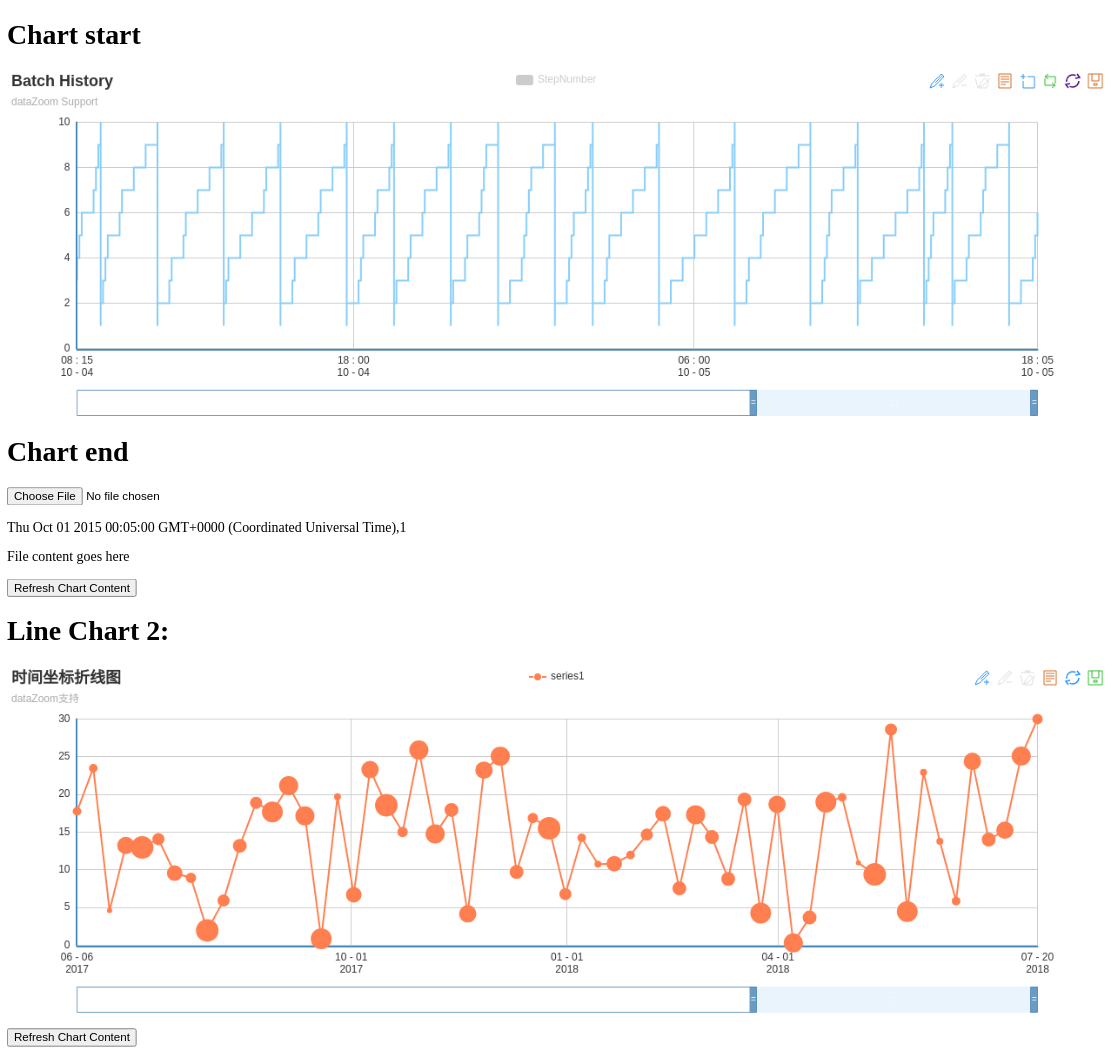
Repository: shutterfly2011/apache
Page: eChartTest/WebContent/LineChart.html
An editor plug-in stored every save of this project. The page is shown before and after the next save, followed by the edit.
The browser window is 1280 px wide. The pictures show the whole page, at 87% of full size.

Above is the page before, as saved 2015-09-30 04:01:12.

### eChartTest/WebContent/LineChart.html
<!DOCTYPE html>
<head>
    <meta charset="utf-8">
    <title>ECharts - Line Charts</title>
    <script type="text/javascript">
    	var dataSet = [];
    	var dataSet1 = [];
    	var myChart;
    	var option;
    	var optionLine2;
		option = {
			    title : {
			        text : 'Batch History',
			        subtext : 'dataZoom Support'
			    },
			    tooltip : {
			    	//show: true,
			    	//showContent: true,
			        trigger: 'item',
			        /*
			        axisPointer:{
			        	show: true,
			        	type: 'cross',
			        	lineStyle:{
			        		type:'dashed',
			        		width:1
			        	}
			        },
			        */

			        formatter : function (params) {
			        	console.log(params);
			        	return 'no info avail.';
			            /*
			        	var date = new Date(params.value[0]);
			            data = (date.getMonth() + 1) + '-'
			                   + date.getDate() + ' '
			                   + date.getHours() + ':'
			                   + date.getMinutes();
			            return data + '<br/>'
			                   + params.value[1] + ', '
			                   + params.value[2];
			            */
			        	}

			    },
			    toolbox: {
			        show : true,
			        feature : {
			            mark : {show: true},
			            dataView : {show: true, readOnly: false},
			            dataZoom:{
			            	show: true,
			            	title:{
			            		dataZoom: 'zoom in/out',
			            		dataZoomReset: 'zoom reset'
			            	}
			            },
			            restore : {show: true},
			            saveAsImage : {show: true}
			        }
			    },
			    dataZoom: {
			        show: true,
			        start : 70
			    },
			    legend : {
			        data : ['StepNumber']
			    },
			    grid: {
			        y2: 80
			    },
			    xAxis : [
			        {
			            type : 'time',
			            splitNumber:5
			        }
			    ],
			    yAxis : [
			        {
			            type : 'value'
			        }
			    ],

			    series : [
			        {
			            name: 'Batch Step number',
			            type: 'line',
			            //showAllSymbol: true,
			            //symbolSize: function (value){
			            //    return Math.round(value[2]/10) + 2;
			            //},
			            data: (function () {
			            	var d = [];
			            	var len = 0;
			            	var now = new Date();
			            	var timeTemp;
			            	var tempStepLength;
			            	var prevStepNum;
			            	var value;
			            	timeTemp =0; //stores the previous time shift in seconds
			            	prevStepNum = 1;
			            	//alert(timeTemp);
							var prevprevStepNum = 0;
			            	while (len++ < 500) {
			            		if (prevprevStepNum > prevStepNum) {
			            			tempStepLength = 1;
			            		}
			            		else{
			            			tempStepLength = Math.random().toFixed(0)*20*60+300; //generate a random number between 5-25 minutes
			            		}
			            		//alert(tempStepLength);

			            		d.push([
			            	        new Date(2015, 9, 1, 0,0, timeTemp+tempStepLength),
			            	        prevStepNum
			            	        //(Math.random()*10).toFixed(0) - 0
			            	    ]);


			            		//alert(prevStepNum);
			            		prevprevStepNum = prevStepNum;
			            		prevStepNum += 1;
			            		d.push([
			            			new Date(2015, 9, 1, 0,0, timeTemp+tempStepLength+1), //add one more second
			            			prevStepNum
			            		        ]);
			            		if (prevStepNum >=10) {
			            			prevStepNum = 1; //resets prevStepNum to 1
			            		}
			            		timeTemp += tempStepLength;
			            	}

			                return d;
			            })()
			        }
			    ]
			};
    </script>
	<script type="text/javascript">
	function getChart2Option(chartData){
		var option = {
			    title : {
			        text : '时间坐标折线图',
			        subtext : 'dataZoom支持'
			    },
			    tooltip : {
			        trigger: 'item',
			        formatter : function (params) {
			            console.log (params[0]);
			        	var date = new Date(params.value[0]);
			            data = date.getFullYear() + '-'
			                   + (date.getMonth() + 1) + '-'
			                   + date.getDate() + ' '
			                   + date.getHours() + ':'
			                   + date.getMinutes();
			            return data + '<br/>'
			                   + params.value[1] + ', '
			                   + params.value[2];
			        }
			    },
			    toolbox: {
			        show : true,
			        feature : {
			            mark : {show: true},
			            dataView : {show: true, readOnly: false},
			            restore : {show: true},
			            saveAsImage : {show: true}
			        }
			    },
			    dataZoom: {
			        show: true,
			        start : 70
			    },
			    legend : {
			        data : ['series1']
			    },
			    grid: {
			        y2: 80
			    },
			    xAxis : [
			        {
			            type : 'time',
			            splitNumber:10
			        }
			    ],
			    yAxis : [
			        {
			            type : 'value'
			        }
			    ],
			    series : [
			        {
			            name: 'series1',
			            type: 'line',
			            showAllSymbol: true,
			            symbolSize: function (value){
			                return Math.abs(Math.round(value[2]/10) + 2);
			            },
			            data: chartData || (function () {
			                var d = [];
			                var len = 0;
			                var now = new Date();
			                var value;
			                while (len++ < 200) {
			                    d.push([
			                        new Date(2014, 9, 1, 0, len * 10000),
			                        (Math.random()*30).toFixed(2) - 0,
			                        (Math.random()*100).toFixed(2) - 0
			                    ]);
			                }
			                return d;
			            })()
			        }
			    ]

		};
		return option;

	}
		optionLine2 = {
			    title : {
			        text : '时间坐标折线图',
			        subtext : 'dataZoom支持'
			    },
			    tooltip : {
			        trigger: 'item',
			        formatter : function (params) {
			        	/*
			        	console.log (params[0]);
			        	console.log (params[1]);
			        	console.log (params[2]);
			        	console.log (params[3]);
			        	console.log (params[4]);
			        	console.log (params[5]);
			        	console.log (params[6]);
			        	console.log (params[7]);
			            */
			            console.log (params[0]);
			        	var date = new Date(params.value[0]);
			            data = date.getFullYear() + '-'
			                   + (date.getMonth() + 1) + '-'
			                   + date.getDate() + ' '
			                   + date.getHours() + ':'
			                   + date.getMinutes();
			            return data + '<br/>'
			                   + params.value[1] + ', '
			                   + params.value[2];
			        }
			    },
			    toolbox: {
			        show : true,
			        feature : {
			            mark : {show: true},
			            dataView : {show: true, readOnly: false},
			            restore : {show: true},
			            saveAsImage : {show: true}
			        }
			    },
			    dataZoom: {
			        show: true,
			        start : 70
			    },
			    legend : {
			        data : ['series1']
			    },
			    grid: {
			        y2: 80
			    },
			    xAxis : [
			        {
			            type : 'time',
			            splitNumber:10
			        }
			    ],
			    yAxis : [
			        {
			            type : 'value'
			        }
			    ],
			    series : [
			        {
			            name: 'series1',
			            type: 'line',
			            showAllSymbol: true,
			            symbolSize: function (value){
			                return Math.round(value[2]/10) + 2;
			            },
			            data: (function () {
			                var d = [];
			                var len = 0;
			                var now = new Date();
			                var value;
			                while (len++ < 200) {
			                    d.push([
			                        new Date(2014, 9, 1, 0, len * 10000),
			                        (Math.random()*30).toFixed(2) - 0,
			                        (Math.random()*100).toFixed(2) - 0
			                    ]);
			                }
			                return d;
			            })()
			        }
			    ]

		};
	</script>
</head>
<body>
    <!-- Prepare a Dom with size (width and height) for ECharts -->
    <h1>Chart start</h1>
    <div id="lineChart" style="height:400px"></div>
    <!-- ECharts import -->
    <!--<script src="http://echarts.baidu.com/build/dist/echarts.js"></script> -->
    <script src="js/echarts.js"></script>
    <h1>Chart end</h1>
    <p><input type="file" onchange="loadCSVData(this.files)"/></p>
   	<p><a id="fileContent">File content goes here</a></p>
	<p><a id="fileContent1">File content goes here</a></p>
	<p><button onclick="refreshChart()">Refresh Chart Content</button></p>
	<h1>Line Chart 2:</h1>
    <div id= "lineChart2" style = "height:400px"></div>
    <p><button onclick="refreshChart2()">Refresh Chart Content</button></p>
    <script type="text/javascript">
    	function loadCSVData(files){
			var reader = new FileReader();
			var lines;
			reader.onload = function(e){
				var content = reader.result;
				var allTextLines = content.split(/\r\n|\n/);
			    //var lines = [];
			    while (allTextLines.length) {
			        dataSet.push(allTextLines.shift().split(','));
			    }
				document.getElementById("fileContent").innerHTML = 'dataSet is loaded!';
				document.getElementById("fileContent1").innerHTML = dataSet[1];
			};
			reader.readAsText(files[0]);
    	}
    </script>
	<script type="text/javascript">
		require.config({
			paths:{echarts:'js'}
		});
		require (
			['echarts', 'echarts/chart/line'],
			function(ec){
				myChart = ec.init(document.getElementById('lineChart2'));
				myChart.setOption(getChart2Option());

			}
		);
	</script>
    <script type="text/javascript">
	    // configure for module loader
	    require.config({
	        paths: {
	            //echarts: 'http://echarts.baidu.com/build/dist'
	        	echarts: 'js'
	        }
	    });

		require(
			[
			 'echarts',
			 'echarts/chart/line'
			 ],
			 function(ec){
				myChart = ec.init(document.getElementById('lineChart'));

				myChart.setOption(option);
				for (var i=0; i<5; i++){
					dataSet1.push(option.series[0].data[i]);

				}
				document.getElementById("fileContent").innerHTML = option.series[0].data[0];
			}
		);
    </script>
    <script type="text/javascript">
    	function refreshChart(){
    		dataSet.shift();

    		var aryTime = [];

    		for (var i=0; i<dataSet.length; i++){

    			//var row = [];
    			var dt = new Date();
    			dt.setTime( Date.parse(dataSet[i][0]) );
   				aryTime.push([
   						dt,
   					//enerateDateFromString(dataSet[i][0]),
   						parseFloat(dataSet[i][1])]);
    			/*
    			aryTime.push(Date.parse(dataSet[i][0]));
    			aryTime.push(parseFloat(dataSet[i][1]));
    			*/
    			//aryTime.push(row);
    		}


    		option.series[0].data =  aryTime;
    		option.title.text = "R4715 tag history";
    		//option.series[0].data = dataSet;
    		myChart = require('echarts').init(document.getElementById('lineChart'));
    		myChart.setOption(option);
    		document.getElementById("fileContent").innerHTML = option.series[0].data.length;
    	};
    	function refreshChart2(){
    		dataSet.shift();
    		var ary = [];
    		for (var i=0;i<dataSet.length; i++){
    			var dt = new Date();
    			dt.setTime(Date.parse(dataSet[i][0]));
    			ary.push([
    					dt,
    					parseFloat(dataSet[i][1]),
    					//parseFloat(dataSet[i][2])
    					parseFloat(dataSet[i][3])
    					]);
    		}
    		myChart = require('echarts').init(document.getElementById('lineChart2'));

    		//optionLine2.series[0].data = ary;

    		myChart.setOption(getChart2Option(ary));

    	}
    </script>
</body>

Loaded but not shown: eChartTest/WebContent/js/echarts.js (library); eChartTest/WebContent/js/chart/line.js (library)

After the next save:
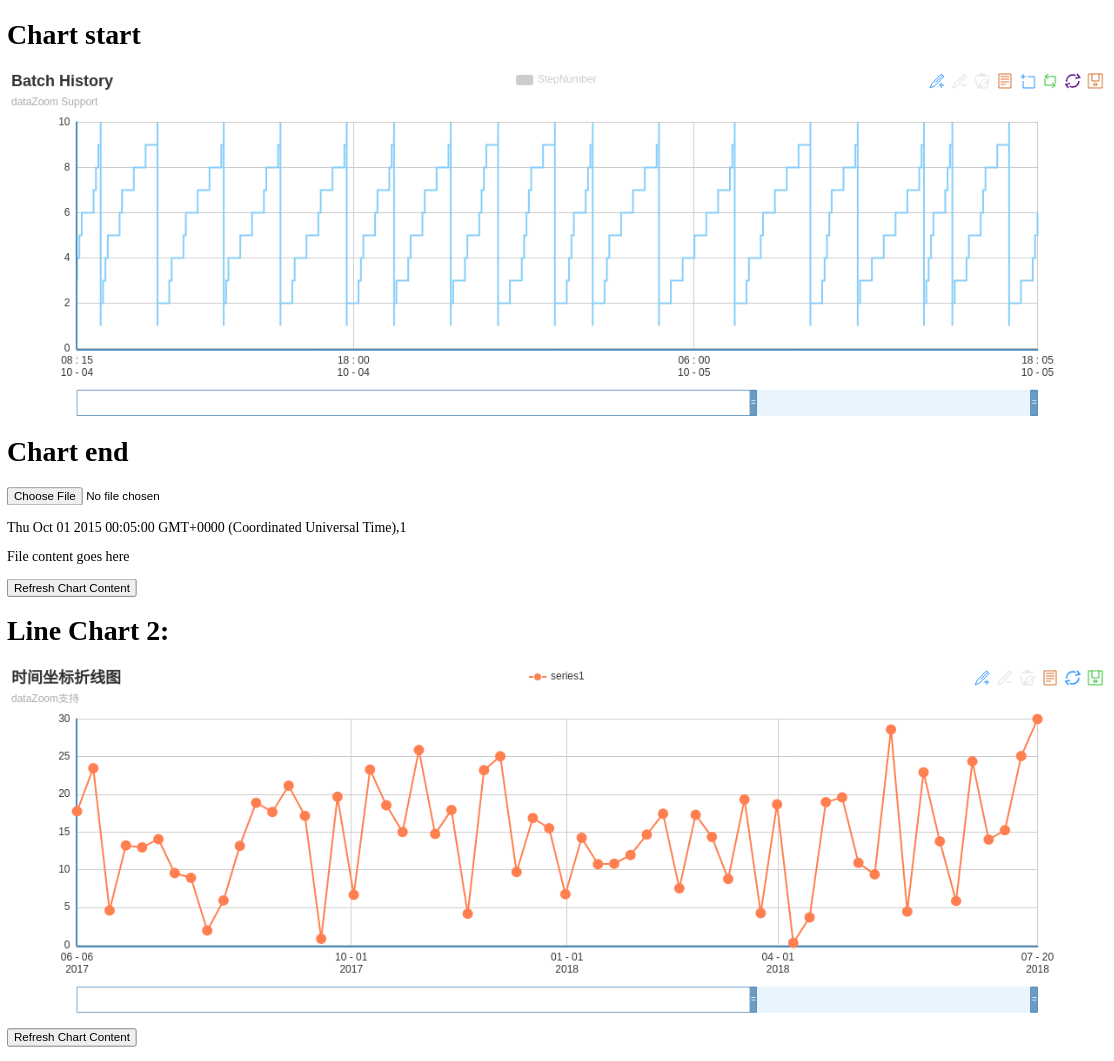
Saved 86 s later.
--- a/eChartTest/WebContent/LineChart.html
+++ b/eChartTest/WebContent/LineChart.html
@@ -195,7 +195,8 @@
 			            type: 'line',
 			            showAllSymbol: true,
 			            symbolSize: function (value){
-			                return Math.abs(Math.round(value[2]/10) + 2);
+			                //return Math.abs(Math.round(value[2]/10) + 2);
+			                return 5;
 			            },
 			            data: chartData || (function () {
 			                var d = [];
